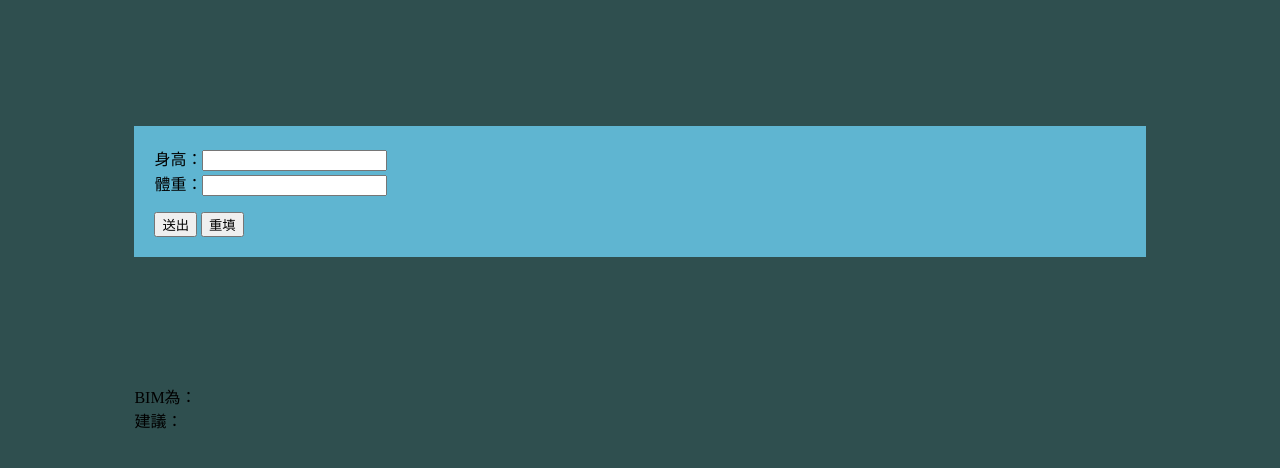
Repository: Digi-Duck/cybercube
Page: 12- 張雅婷/1117-bmi.html
An editor plug-in stored every save of this project. The page is shown before and after the next save, followed by the edit.
The browser window is 1280 px wide. The pictures show the whole page.

Above is the page before, as saved 2022-11-24 13:49:48.

### 12- 張雅婷/1117-bmi.html
<!DOCTYPE html>
<html lang="en">

<head>
    <meta charset="UTF-8">
    <meta http-equiv="X-UA-Compatible" content="IE=edge">
    <meta name="viewport" content="width=device-width, initial-scale=1.0">
    <title>Document</title>
    <link rel="stylesheet" href="bmi.css">
</head>

<body>
    <!DOCTYPE html>
<html lang="en">

<head>
    <meta charset="UTF-8">
    <meta http-equiv="X-UA-Compatible" content="IE=edge">
    <meta name="viewport" content="width=device-width, initial-scale=1.0">
    <title>Document</title>
</head>

<body>
    <div class="bmi_input">
        <div class="input">
            身高：<input type="text" id="height" >
        </div>
        <div class="input">
            體重：<input type="text" id="weight">
       <p></p>
            <div class="btns">
                <button id="cal" >送出</button>
                <button type="reset">重填</button>
            </div>
        </div>
    </div>
    <div class="bmi_output act">
        <div id="bmi_num">BIM為：</div>
        <div id="bmi_tips">建議：</div>
    </div>

</body>
<!-- <div class="input">
        身高：<input type="text" id="tell" >
        體重：<input type="text" id="heavy">
   <p></p>
        <div class="btns">
            <input name="" value="送出"></input>
            <button type="reset">重填</button>
        </div>
    </div>
</div>
<div class="bmi">
    <div id="bminum">BIM為：</div>
    <div id="bmitips">建議：</div>
</div> -->

    <!-- <script type="text/javascript">
        function () {
            var tall = document.querySelector('.cm');
            var heavy = document.querySelector('.kg');
            var bmi = ;

        }
        function bmi(tall, heavy) {
            var bmi = (heavy % (tall * tall))
        }
        if((tall!="")&(heavy!="")){
            bmi.style.display="block";

        } -->


</html>

### 12- 張雅婷/bmi.css
.bmi_input{
    margin: 10%;
    align-items: center;
    background-color: #5fb5d1;
    padding: 20px;
    color: black;
}

.bmi_output.act{
    opacity:1;
    margin: 10%;
    align-items: center;
}
body{
    background-color: darkslategray;
}

After the next save:
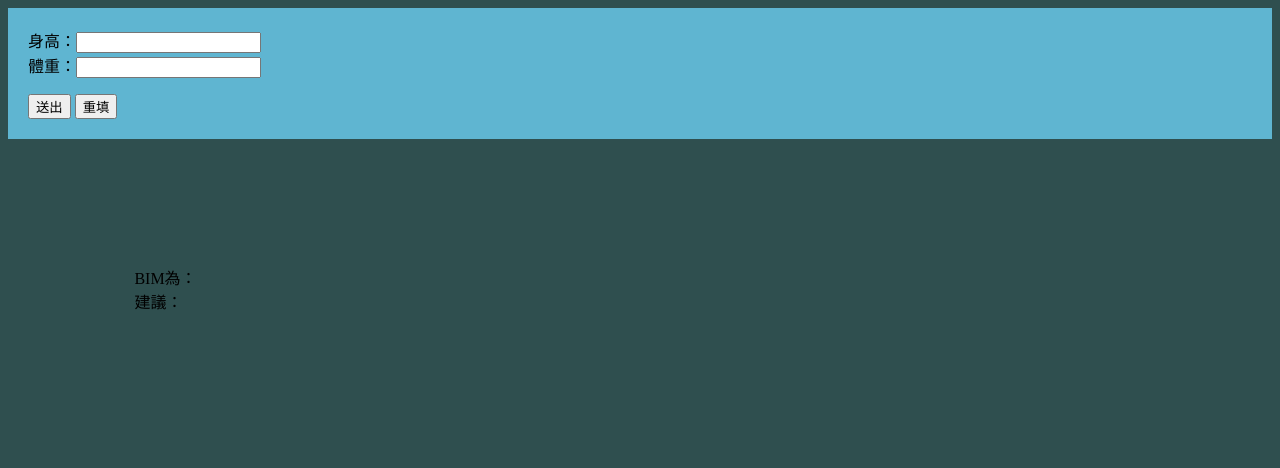
Saved 12 s later.
--- a/12- 張雅婷/bmi.css
+++ b/12- 張雅婷/bmi.css
@@ -1,4 +1,5 @@
 .bmi_input{
+    w
     margin: 10%;
     align-items: center;
     background-color: #5fb5d1;
